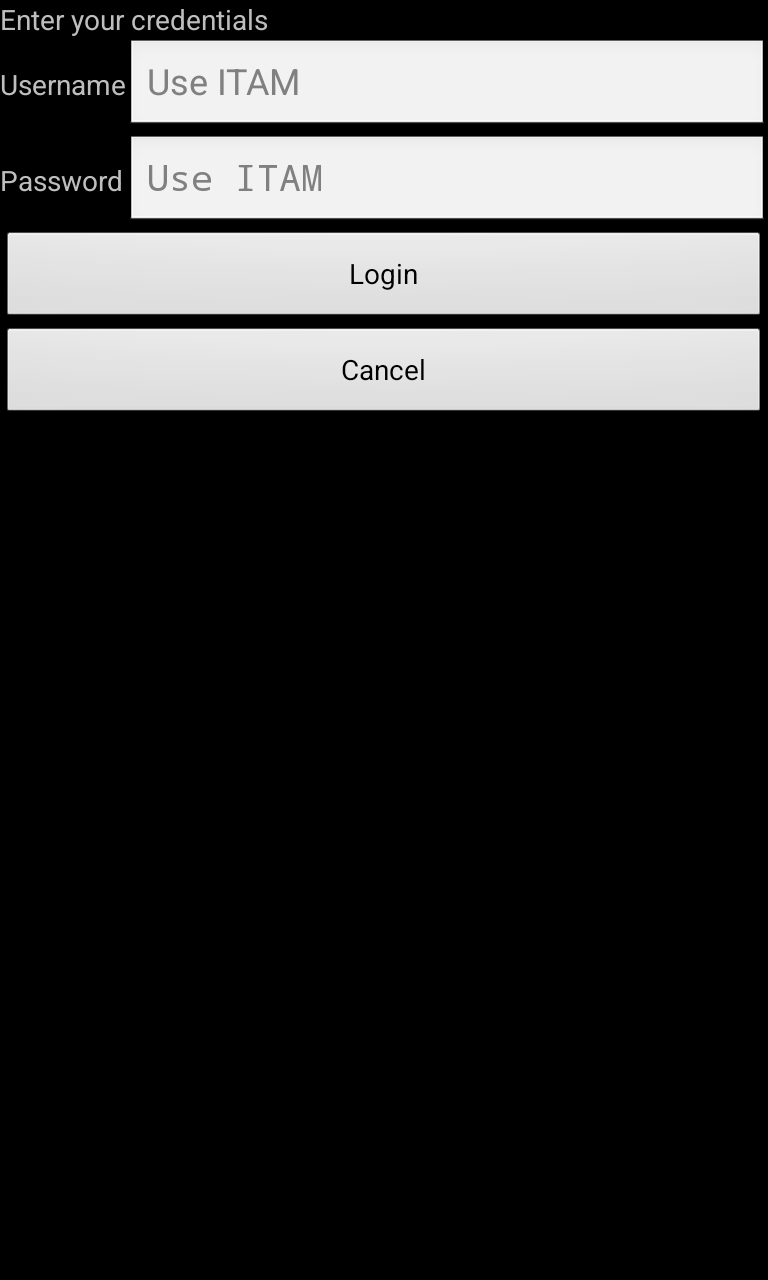
Repository: cogitovsmachina/Curso-Android-en-ITAM
Layout: SimpleLoginForm/res/layout/main.xml
The author's editor kept a copy of each file at every save. The layout is drawn from the files as they stood at one save, then again after a run of saves.
It is drawn on a 768 x 1280 px phone screen (xhdpi) without system bars, with theme android:Theme; the app's code is not run.

Above is the layout before, as saved 2011-07-05 15:58:21.

After the next 2 saves:
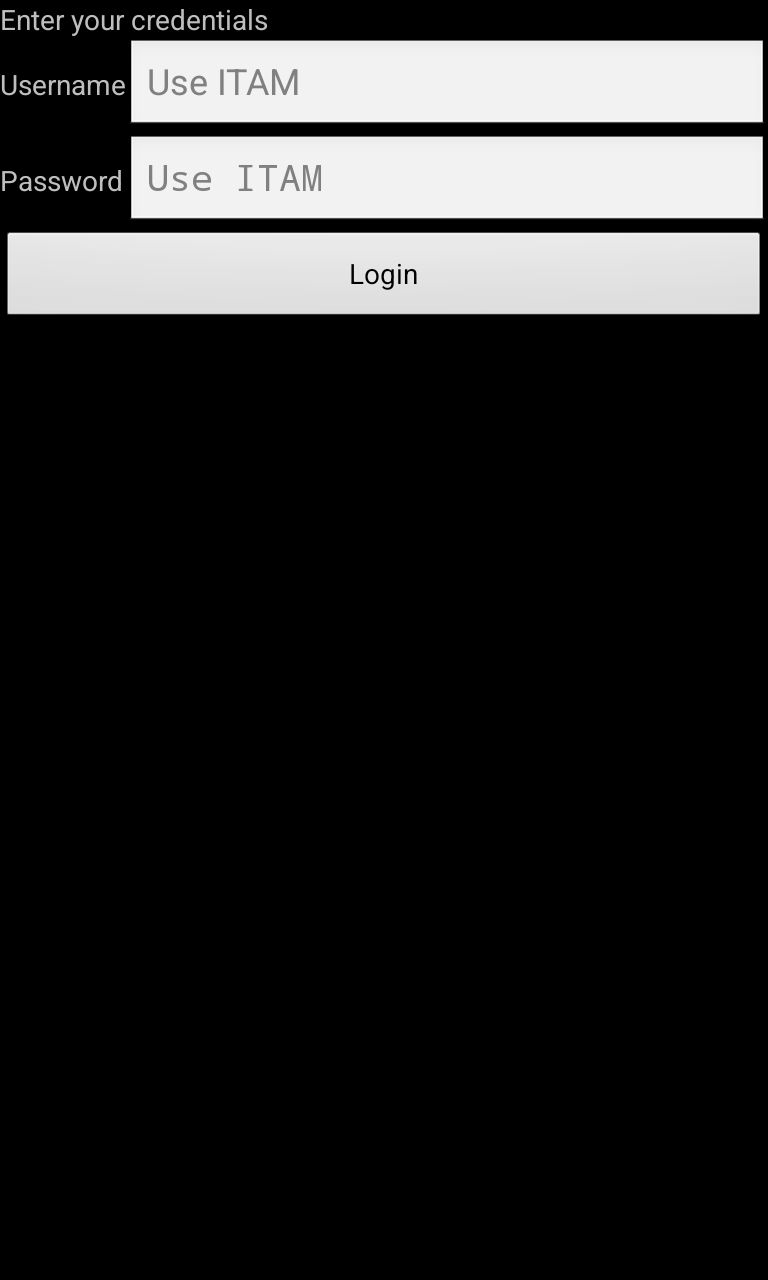
The 2 saves are shown as one change because 1 did not build or start.
The last was saved 46 s later.
--- a/SimpleLoginForm/res/layout/main.xml
+++ b/SimpleLoginForm/res/layout/main.xml
@@ -42,6 +42,8 @@
     android:id="@+id/password"
     />
     </TableRow>
+
+<LinearLayout>
 <Button
     android:layout_width="fill_parent"
     android:layout_height="wrap_content"
@@ -54,6 +56,7 @@
     android:text="Cancel"
     android:id="@+id/cancelbutton"
     />
+   </LinearLayout>
     <TextView
 	    android:layout_width="fill_parent"
 	    android:layout_height="wrap_content"
